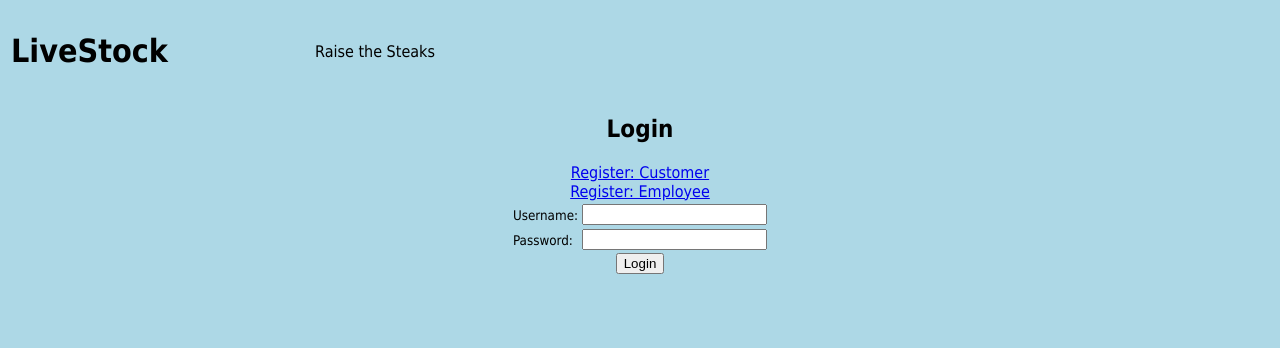
Repository: yastapova/live-stock
Page: LiveStockSite/WebContent/WEB-INF/index.html
The author's editor kept a copy of each file at every save. The page is drawn from the files as they stood at one save, then again after the next save.
The browser window is 1280 px wide. The pictures show the whole page.

Above is the page before, as saved 2016-04-15 22:07:22.

### LiveStockSite/WebContent/WEB-INF/index.html
<!DOCTYPE html>
<html>
<head>
	<meta charset="ISO-8859-1">
	<title>LiveStock Trading</title>
	<style>
		body {
			background-color: lightblue;
			font-family: Tahoma;
		}
		.formlabel {
			font-size: 10pt;
		}
	</style>
</head>
<body>
	<div class="header">
	<table>
		<tr>
			<td width='300px'><h1>LiveStock</h1></td>
			<td width='300px'><p>Raise the Steaks</p></td>
		</tr>
	</table>
	</div>

	<div class="body" align="center">
		<h2>Login</h2>
		<a href="register_cus.html">Register: Customer</a> <br />
		<a href="register_emp.html">Register: Employee</a>
		<form>
			<table>
				<tr>
					<td><span class="formlabel">Username:</span></td>
					<td><input id="usrn" name="username" type="text" /></td>
				</tr>
				<tr>
					<td><span class="formlabel">Password:</span></td>
					<td><input id="pw" name="password" type="password" /></td>
				</tr>
			</table>
			<input type="submit" value="Login">
		</form>
	</div>

	<div class="footer">
	</div>
</body>
</html>

After the next save:
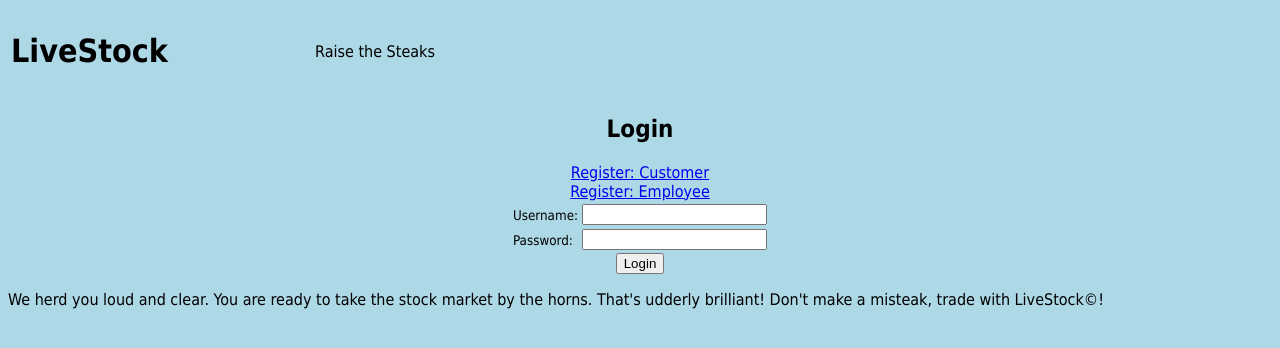
Saved 2 min 40 s later.
--- a/LiveStockSite/WebContent/WEB-INF/index.html
+++ b/LiveStockSite/WebContent/WEB-INF/index.html
@@ -43,6 +43,7 @@
 	</div>
 
 	<div class="footer">
+	<p>We herd you loud and clear. You are ready to take the stock market by the horns. That's udderly brilliant! Don't make a misteak, trade with LiveStock&copy;!</p>
 	</div>
 </body>
 </html>
